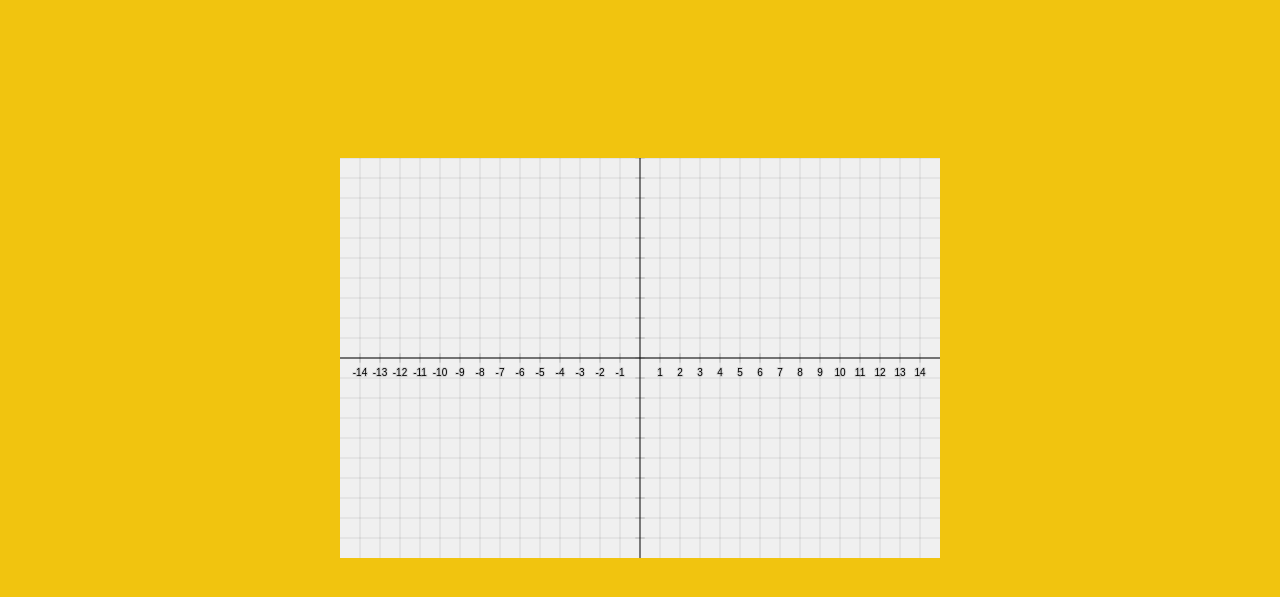
Repository: animarcus/graphing-app
Page: index.html
The author's editor kept a copy of each file at every save. The page is drawn from the files as they stood at one save, then again after the next save.
The browser window is 1280 px wide. The pictures show the whole page.
Some web libraries are served in a nearby version.

Above is the page before, as saved 2020-09-26 19:51:21.

After the next save:
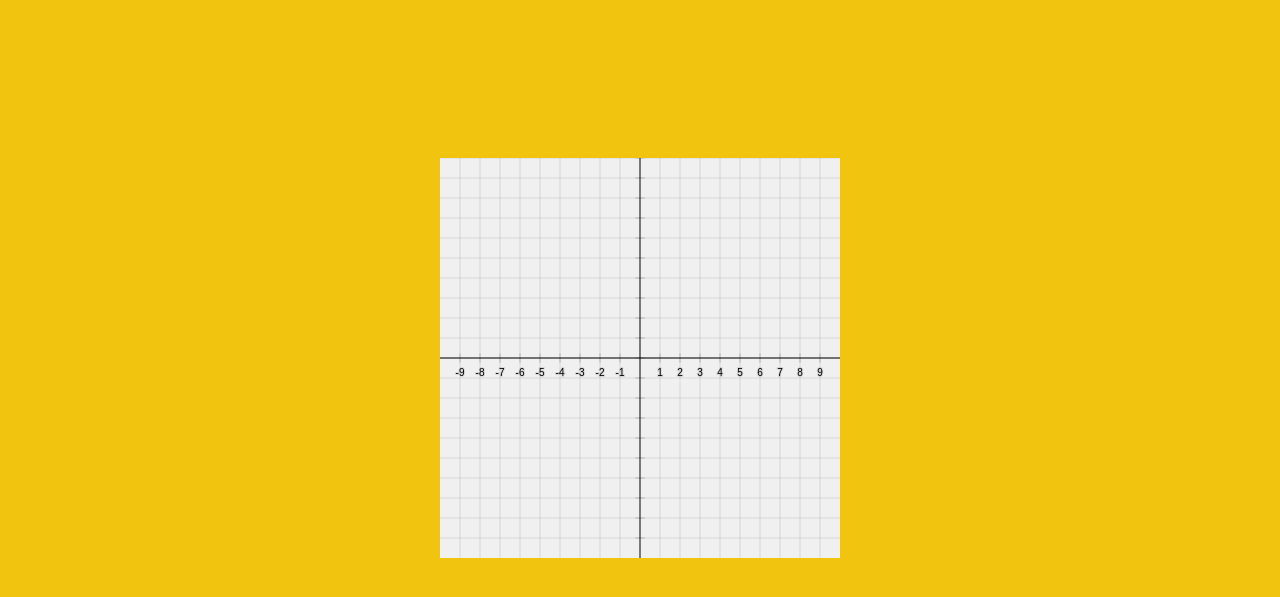
Saved 5 s later.
--- a/js/sketch.js
+++ b/js/sketch.js
@@ -1,5 +1,5 @@
 
-let canvasW = 600;
+let canvasW = 400;
 let canvasH = 400;
 let cellW = 20;
 
